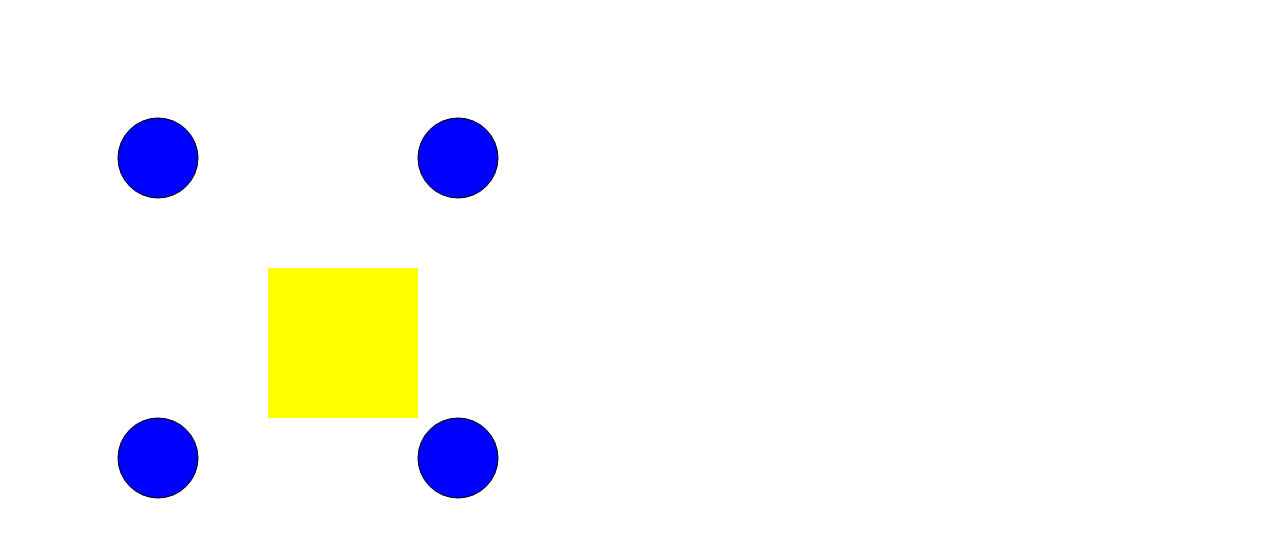
Repository: facio313/Python
Page: HELLO_PYTHON/day17/templates/canvas.html
The author's editor kept a copy of each file at every save. The page is drawn from the files as they stood at one save, then again after the next save.
The browser window is 1280 px wide. The pictures show the whole page.

Above is the page before, as saved 2022-12-15 10:48:20.

After the next save:
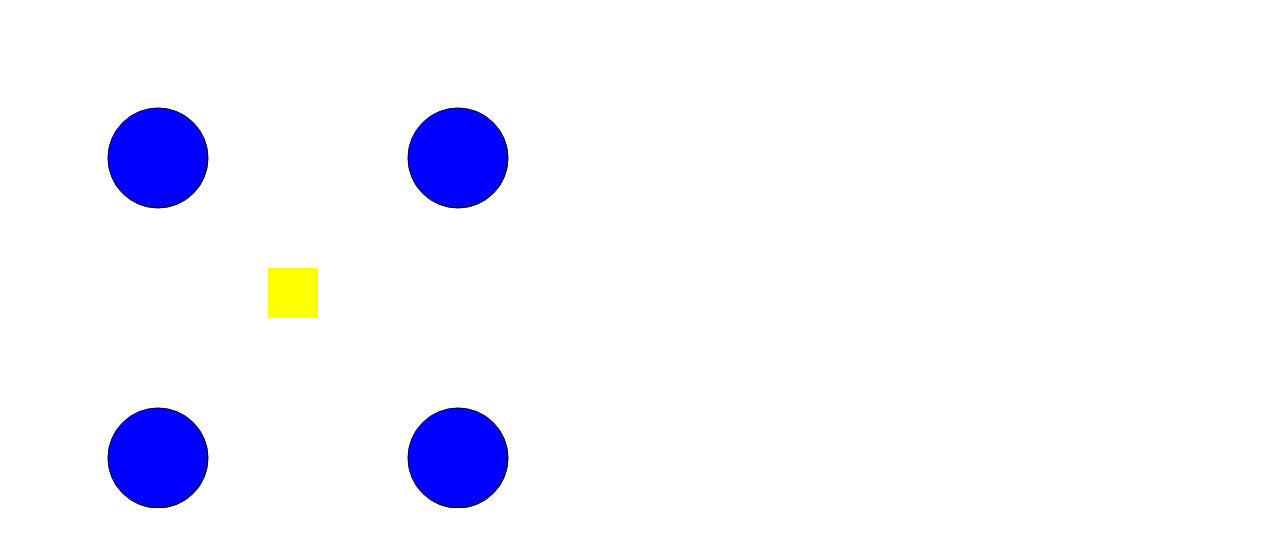
Saved 17 s later.
--- a/HELLO_PYTHON/day17/templates/canvas.html
+++ b/HELLO_PYTHON/day17/templates/canvas.html
@@ -11,31 +11,31 @@ function loader(){
 	var ctx = canvas.getContext( "2d" );      // 2d canvas 획득
 
 	ctx.beginPath();
-	ctx.arc(150, 150, 40, 0, Math.PI*2, false );
+	ctx.arc(150, 150, 50, 0, Math.PI*2, false );
 	ctx.fillStyle = "blue";
 	ctx.fill();
 	ctx.stroke();
 
 	ctx.beginPath();
-	ctx.arc(450, 150, 40, 0, Math.PI*2, false );
+	ctx.arc(450, 150, 50, 0, Math.PI*2, false );
 	ctx.fillStyle = "blue";
 	ctx.fill();
 	ctx.stroke();
 
 	ctx.beginPath();
-	ctx.arc(450, 450, 40, 0, Math.PI*2, false );
+	ctx.arc(450, 450, 50, 0, Math.PI*2, false );
 	ctx.fillStyle = "blue";
 	ctx.fill();
 	ctx.stroke();
 
 	ctx.beginPath();
-	ctx.arc(150, 450, 40, 0, Math.PI*2, false );
+	ctx.arc(150, 450, 50, 0, Math.PI*2, false );
 	ctx.fillStyle = "blue";
 	ctx.fill();
 	ctx.stroke();
 
 	ctx.fillStyle = "rgba(255, 255, 0, 1)";
-	ctx.fillRect (260, 260, 150, 150);
+	ctx.fillRect (260, 260, 50, 50);
 }
 </script>
 
